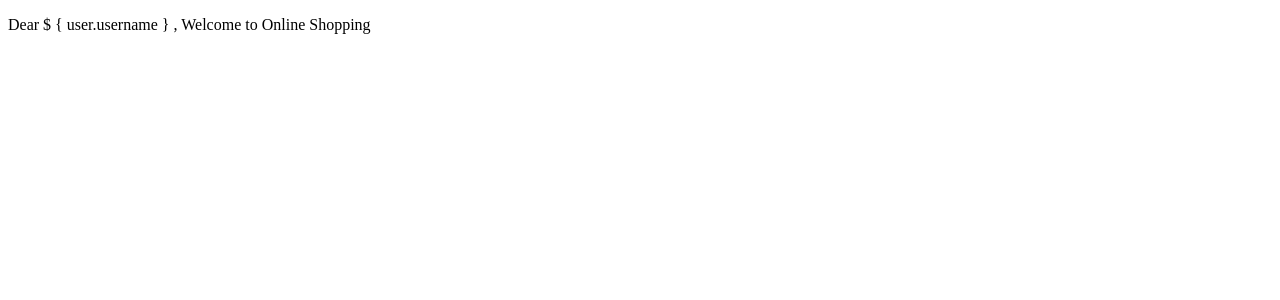
Repository: i-am-enlightened/Spring
Page: http://localhost/LoginSpringApp/Sucsess.jsp
These files come from the project's save history. The page is drawn as it stood at one moment and after the next save; the edit follows.
The browser window is 1280 px wide. The pictures show the whole page.
The page is served by Tomcat 9.

Above is the page before, as saved 2019-07-31 13:24:59.

After the next save:
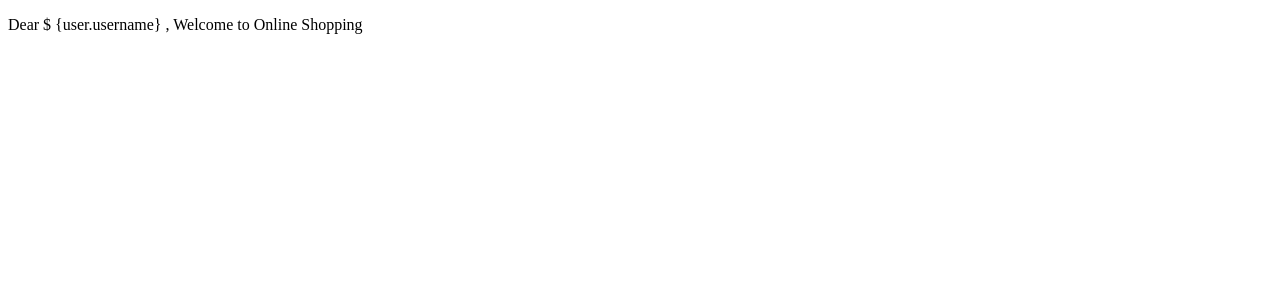
Saved 3 s later.
--- a/LoginSpringApp/WebContent/Sucsess.jsp
+++ b/LoginSpringApp/WebContent/Sucsess.jsp
@@ -7,6 +7,6 @@
 <title>Insert title here</title>
 </head>
 <body>
-	<p> Dear $ { user.username } , Welcome to Online Shopping </p>
+	<p> Dear $ {user.username} , Welcome to Online Shopping </p>
 </body>
 </html>
